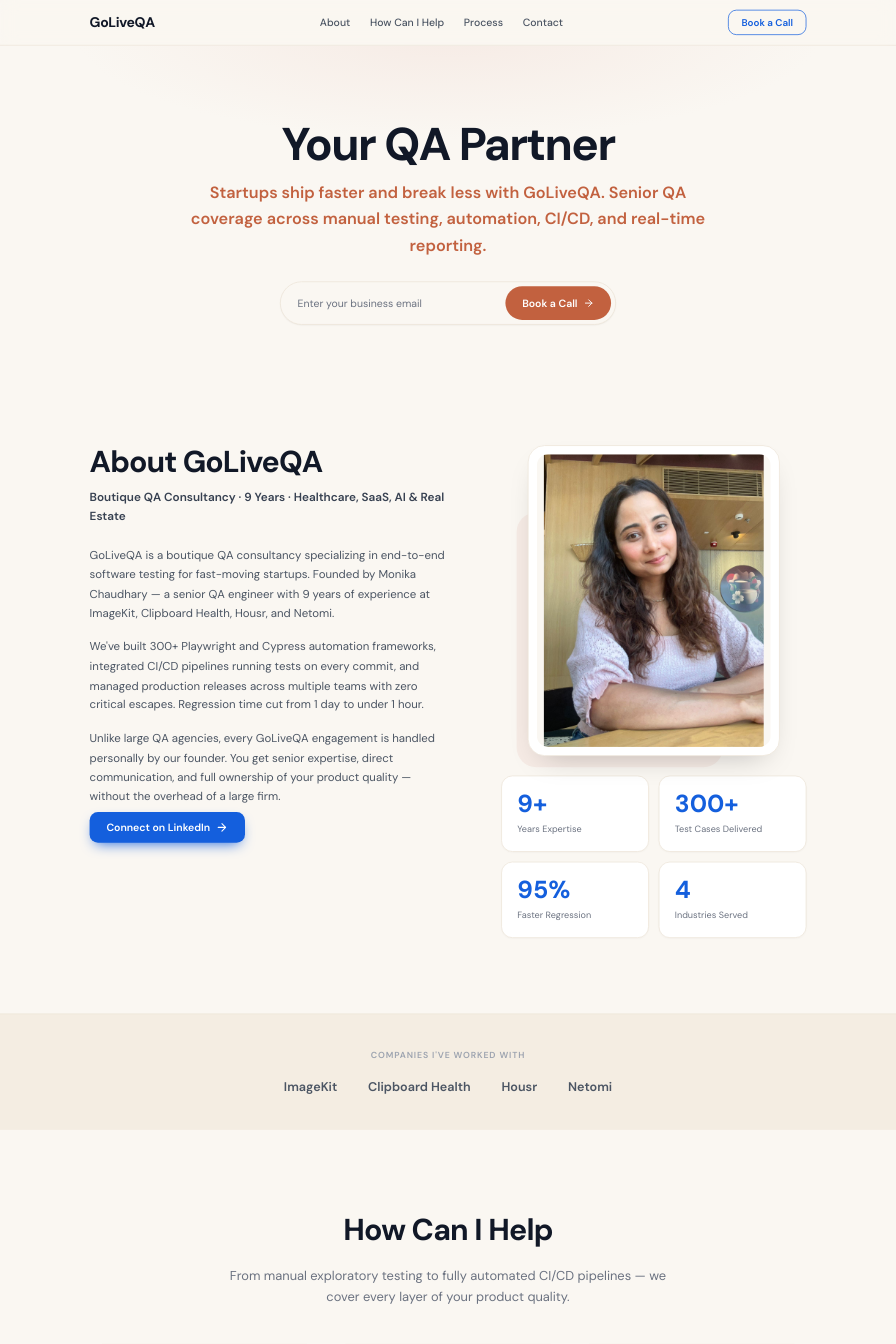
Repository: Monika281992/GoLiveQA
Page: /
An editor plug-in stored every save of this project. The page is shown before and after the next save, followed by the edit.
The browser window is 1280 px wide. The pictures show the part of the page from y = 0 to 1920 px (the page is 5034 px tall before and 5035 px after), at 70% of full size.
The project was rebuilt for these pictures with package versions that can differ from the ones it lists, and the page was loaded fresh each time. The framework's server and built-in components were replaced by stand-ins that run in the browser. Also part of the build but not shown: next.config.mjs.

Above is the page before, as saved 2026-06-27 11:42:32.

After the next save:
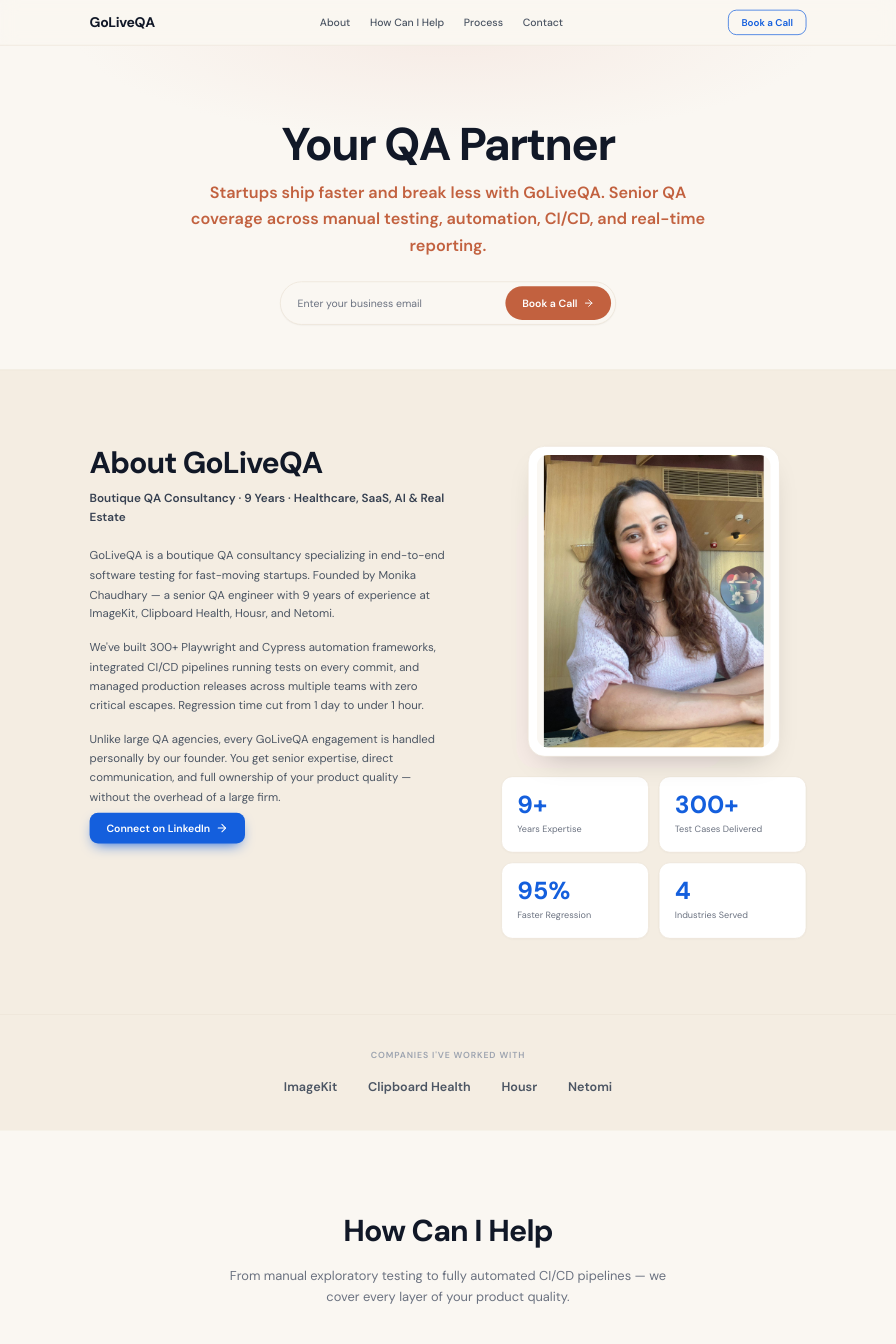
Saved 53 s later.
--- a/components/about.tsx
+++ b/components/about.tsx
@@ -11,7 +11,7 @@ const stats = [
 
 export function About() {
   return (
-    <section id="about" className="py-16 md:py-24 lg:py-[108px]">
+    <section id="about" className="border-t border-hairline bg-surface-soft py-16 md:py-24 lg:py-[108px]">
       <div className="mx-auto flex max-w-container flex-wrap items-start gap-10 px-5 sm:px-8 md:gap-12 lg:gap-[72px] lg:px-12">
         {/* Bio */}
         <div className="min-w-[300px] flex-1 basis-[400px]">
